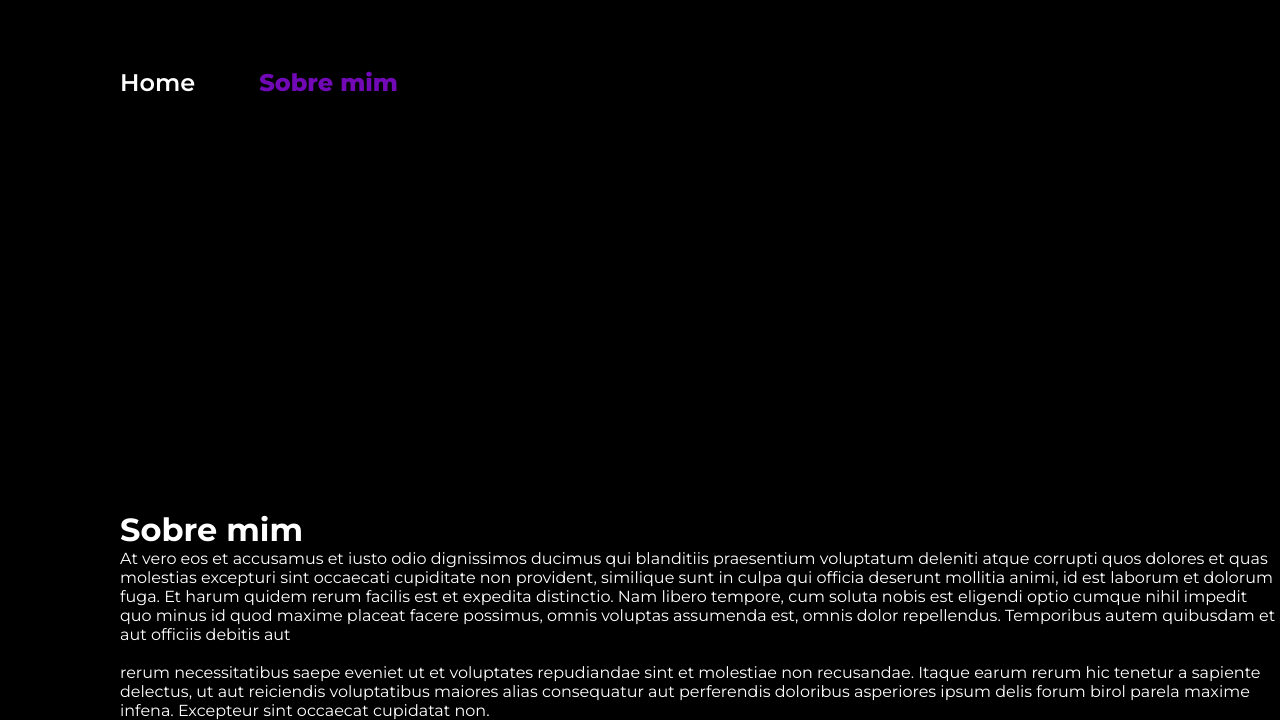
Repository: analessp/portfolio-developer
Page: about-me.html
An editor plug-in stored every save of this project. The page is shown before and after the next save, followed by the edit.
The browser window is 1280 px wide. The pictures show the whole page.

Above is the page before, as saved 2025-04-24 11:51:27.

### about-me.html
<!DOCTYPE html>
<html lang="pt-BR">
<head>
    <meta charset="UTF-8">
    <meta name="viewport" content="width=device-width, initial-scale=1.0">
    <title>Sobre mim</title>
    <link rel="stylesheet" href="/style/style.css"
</head>
<body>
    <header>
        <nav>
            <ul class="navbar-list">
                <li>
                    <a href="index.html" class="page">Home</a>
                </li>
                <li>
                    <a href="about-me.html" class="page active">Sobre mim</a>
                </li>
            </ul>
        </nav>
    </header>
    <main>
        <div class="about-me">
            <h1>Sobre mim</h1>
            <p>At vero eos et accusamus et iusto odio dignissimos ducimus qui blanditiis praesentium voluptatum deleniti atque corrupti quos dolores et quas molestias excepturi sint occaecati cupiditate non provident, similique sunt in culpa qui officia deserunt mollitia animi, id est laborum et dolorum fuga. Et harum quidem rerum facilis est et expedita distinctio. Nam libero tempore, cum soluta nobis est eligendi optio cumque nihil impedit quo minus id quod maxime placeat facere possimus, omnis voluptas assumenda est, omnis dolor repellendus. Temporibus autem quibusdam et aut officiis debitis aut<br><br>rerum necessitatibus saepe eveniet ut et voluptates repudiandae sint et molestiae non recusandae. Itaque earum rerum hic tenetur a sapiente delectus, ut aut reiciendis voluptatibus maiores alias consequatur aut perferendis doloribus asperiores ipsum delis forum birol parela maxime infena. Excepteur sint occaecat cupidatat non.</p>
        </div>

    </main>

</body>
</html>

### style/style.css
@import url('https://fonts.googleapis.com/css2?family=Montserrat:ital,wght@0,100..900;1,100..900&display=swap');
@import url(/style/about-me.css);

* {
    margin: 0;
    padding: 0;
    box-sizing: border-box;
    font-family: "Montserrat", sans-serif;
}

html, body {
    height: 100%;
    margin: 0;
}

body {
    height: 100vh;
    width: 100%;
    background-color: black;
    color: white;
    display: flex;
    flex-direction: column;
    justify-content: space-between;
}

.navbar-list {
    padding-left: 120px;
    padding-top: 68px;
    display: flex;
    gap: 4rem;
    list-style-type: none;
    color: #7209b7;
    font-weight: 700;
    font-size: 1.5rem;
    margin-bottom: 3rem;
}

.page {
    text-decoration: none;
    color: white;
    font-weight: 600;
}

.active {
    font-weight: 800;
    color: #7209b7;
}

main {
    padding-left: 120px;
    display: flex;
    gap: 10rem;
    align-items: center;
}

.introduce {
    display: flex;
    flex-direction: column;
    gap: 1.5rem;
    width: 40%;
}

.introduce p {
    text-align: justify;
}

.title {
    text-align: center;
}

.title h1 {
    font-size: 3rem;
}

.title h2 {
    font-size: 1.5rem;
    color: #7209b7;
}

.social-links {
    list-style-type: none;
    display: flex;
    flex-direction: column;
    gap: 1.5rem;
    align-items: center;
}

.social-links li {
    border: 2px solid #c3c3c3;
    background-color: rgba(128, 128, 128, 0.454);
    padding: 1rem 0 1rem 0;
    width: 70%;
    text-align: center;
    border-radius: 12px;

&:hover {
    border: 2px solid rgba(128, 128, 128, 0.454);
    background-color: #7209b7;
    transition-duration: 400ms;
    transform: scale(1.1);
  }
}

.social-links a {
    text-decoration: none;
    color: white;
    font-weight: bold;
}

.logo {
    width: 25rem;
    border-radius: 50%;
    border: 2px solid #c3c3c3;
    height: fit-content;
    position: fixed;
    right: 15rem;
    top: 10rem;
}

footer {
    margin-top: auto;
    padding: 1rem 0 1rem 0;
    background-color: rgb(15, 15, 16);
    display: flex;
    flex-direction: column;
    align-items: center;
    gap: 1rem;
    flex-shrink: 0;
}

footer ul {
    display: flex;
    gap: 2rem;
    list-style: none;
    margin-bottom: 1rem;
}

footer a {
    text-decoration: none;
    color: white;
    font-weight: 600;
}

@media only screen and (max-width: 768px) {

    body {
        justify-content: center;
    }

    .navbar-list {
        justify-content: center;
        padding-left: 0;
        padding-top: 40px;
        margin-bottom: 0;
    }

    main {
        height: 100vh;
        margin-top: 0;
        flex-direction: column-reverse;
        padding-left: 0;
        gap: 1rem;
    }

    .introduce {
        justify-content: flex-end;
        width: 80%;
        margin-bottom: 8rem;
    }

    .logo {
        top: 6.5rem;
        width: 18rem;
    }

}

@media only screen and (max-width: 426px) {
    .logo {
        right: 16%;
    }

    .introduce {
        margin-bottom: 3rem;
    }

    .title h1 {
        font-size: 2.5rem;
        margin-bottom: 0.5rem;
    }
}

Loaded but not shown: style/about-me.css (no copy from this time; the picture is the same without it)

After the next save:
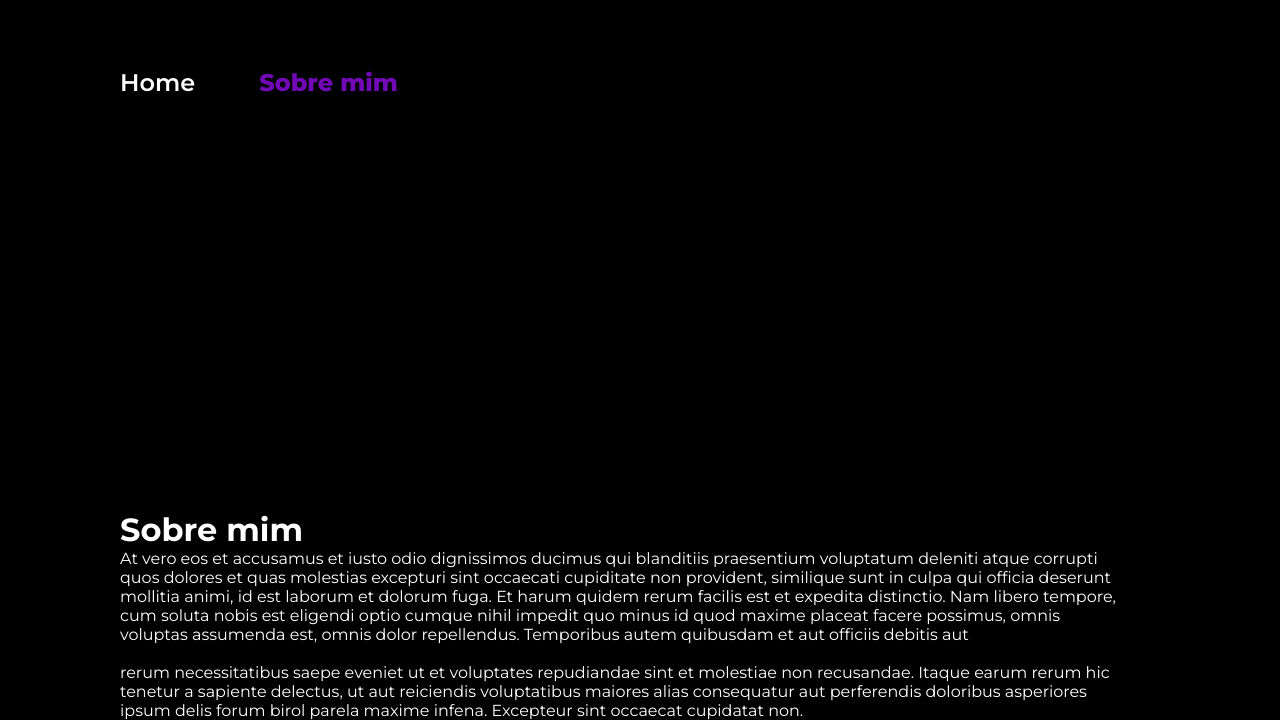
Saved 4 s later.
--- a/about-me.html
+++ b/about-me.html
@@ -24,7 +24,7 @@
             <h1>Sobre mim</h1>
             <p>At vero eos et accusamus et iusto odio dignissimos ducimus qui blanditiis praesentium voluptatum deleniti atque corrupti quos dolores et quas molestias excepturi sint occaecati cupiditate non provident, similique sunt in culpa qui officia deserunt mollitia animi, id est laborum et dolorum fuga. Et harum quidem rerum facilis est et expedita distinctio. Nam libero tempore, cum soluta nobis est eligendi optio cumque nihil impedit quo minus id quod maxime placeat facere possimus, omnis voluptas assumenda est, omnis dolor repellendus. Temporibus autem quibusdam et aut officiis debitis aut<br><br>rerum necessitatibus saepe eveniet ut et voluptates repudiandae sint et molestiae non recusandae. Itaque earum rerum hic tenetur a sapiente delectus, ut aut reiciendis voluptatibus maiores alias consequatur aut perferendis doloribus asperiores ipsum delis forum birol parela maxime infena. Excepteur sint occaecat cupidatat non.</p>
         </div>
-
+        <img
     </main>
 
 </body>
